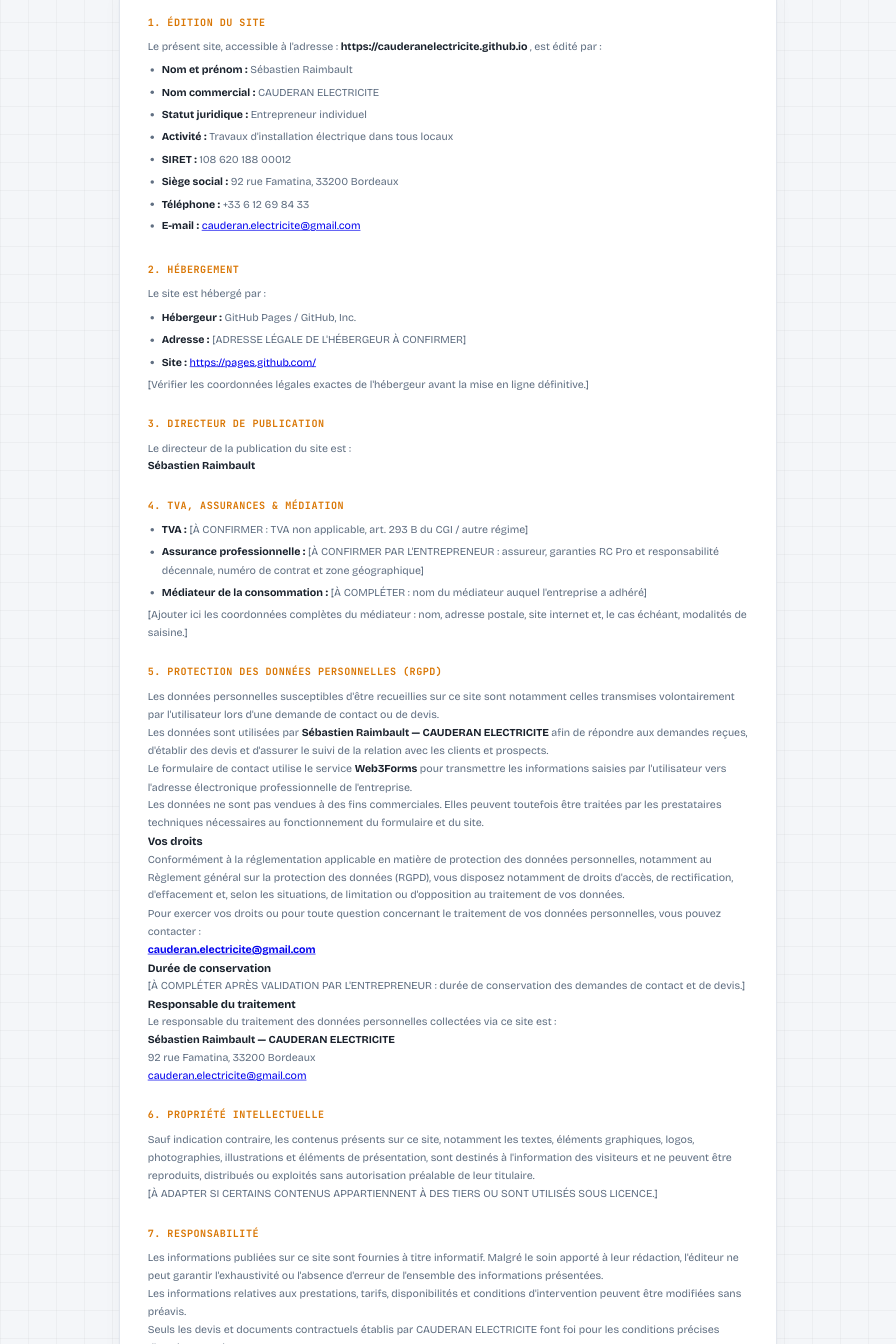
Repository: cauderanelectricite/cauderanelectricite.github.io
Page: mentions-legales.html
These files come from the project's save history. The page is drawn as it stood at one moment and after the next save; the edit follows.
The browser window is 1280 px wide. The pictures show the part of the page from y = 409 to 2329 px (the page is 2739 px tall before and 2796 px after), at 70% of full size.

Above is the page before, as saved 2026-09-29 20:40:24.

### mentions-legales.html
<!DOCTYPE html>
<html lang="fr">

<head>
    <meta charset="UTF-8">
    <meta name="viewport" content="width=device-width, initial-scale=1.0">

    <title>Mentions Légales — Caudéran Électricité</title>

    <!-- Polices Google Fonts -->
    <link rel="preconnect" href="https://fonts.googleapis.com">
    <link rel="preconnect" href="https://fonts.gstatic.com" crossorigin>

    <link
        href="https://fonts.googleapis.com/css2?family=Bricolage+Grotesque:opsz,wght@12..96,400..800&family=JetBrains+Mono:wght@400;600;700&display=swap"
        rel="stylesheet"
    >

    <!-- Feuille de style -->
    <link rel="stylesheet" href="style.css">
</head>

<body>

    <!-- Header flottant -->
    <header>
        <div class="nav-container">

            <a href="index.html" class="brand">
                <div class="led"></div>

                <div class="brand-name">
                    Caudéran Électricité
                    <small>Bordeaux Caudéran</small>
                </div>
            </a>

            <nav>
                <a href="index.html">Accueil</a>
                <a href="index.html#services">Prestations</a>
                <a href="devis.html">Devis</a>
                <a href="contact.html">Contact</a>
            </nav>

            <a href="devis.html" class="header-cta">
                ⚡ Devis gratuit
            </a>

        </div>
    </header>


    <!-- Contenu principal -->
    <main>

        <div class="section">

            <div class="page-head">

                <a href="index.html" class="back-link">
                    ← Retour à l'accueil
                </a>

                <div class="kicker">
                    Cadre juridique
                </div>

                <h1>
                    Mentions Légales & RGPD
                </h1>

                <p>
                    Informations légales relatives à l'éditeur du site,
                    à son hébergement et au traitement des données personnelles.
                </p>

            </div>


            <div class="legal-content">


                <!-- ===================================================== -->
                <!-- 1. ÉDITION DU SITE -->
                <!-- ===================================================== -->

                <div class="legal-section">

                    <h3>
                        1. Édition du site
                    </h3>

                    <p>
                        Le présent site, accessible à l'adresse :
                        <strong class="amber">
                            https://cauderanelectricite.github.io
                        </strong>,
                        est édité par :
                    </p>

                    <ul>

                        <li>
                            <strong>Nom et prénom :</strong>
                            Sébastien Raimbault
                        </li>

                        <li>
                            <strong>Nom commercial :</strong>
                            CAUDERAN ELECTRICITE
                        </li>

                        <li>
                            <strong>Statut juridique :</strong>
                            Entrepreneur individuel
                        </li>

                        <li>
                            <strong>Activité :</strong>
                            Travaux d'installation électrique dans tous locaux
                        </li>

                        <li>
                            <strong>SIRET :</strong>
                            108 620 188 00012
                        </li>

                        <li>
                            <strong>Siège social :</strong>
                            92 rue Famatina, 33200 Bordeaux
                        </li>

                        <li>
                            <strong>Téléphone :</strong>
                            +33 6 12 69 84 33
                        </li>

                        <li>
                            <strong>E-mail :</strong>
                            <a href="mailto:cauderan.electricite@gmail.com">
                                cauderan.electricite@gmail.com
                            </a>
                        </li>

                    </ul>

                </div>


                <!-- ===================================================== -->
                <!-- 2. HÉBERGEMENT -->
                <!-- ===================================================== -->

                <div class="legal-section">

                    <h3>
                        2. Hébergement
                    </h3>

                    <p>
                        Le site est hébergé par :
                    </p>

                    <ul>

                        <li>
                            <strong>Hébergeur :</strong>
                            GitHub Pages / GitHub, Inc.
                        </li>

                        <li>
                            <strong>Adresse :</strong>
                            <span class="placeholder">
                                [ADRESSE LÉGALE DE L'HÉBERGEUR À CONFIRMER]
                            </span>
                        </li>

                        <li>
                            <strong>Site :</strong>
                            <a href="https://pages.github.com/" target="_blank" rel="noopener">
                                https://pages.github.com/
                            </a>
                        </li>

                    </ul>

                    <p class="placeholder">
                        [Vérifier les coordonnées légales exactes de l'hébergeur
                        avant la mise en ligne définitive.]
                    </p>

                </div>


                <!-- ===================================================== -->
                <!-- 3. DIRECTEUR DE PUBLICATION -->
                <!-- ===================================================== -->

                <div class="legal-section">

                    <h3>
                        3. Directeur de publication
                    </h3>

                    <p>
                        Le directeur de la publication du site est :
                    </p>

                    <p>
                        <strong>
                            Sébastien Raimbault
                        </strong>
                    </p>

                </div>


                <!-- ===================================================== -->
                <!-- 4. TVA, ASSURANCE ET MÉDIATION -->
                <!-- ===================================================== -->

                <div class="legal-section">

                    <h3>
                        4. TVA, assurances & médiation
                    </h3>

                    <ul>

                        <li>
                            <strong>TVA :</strong>
                            <span class="placeholder">
                                [À CONFIRMER : TVA non applicable, art. 293 B du CGI
                                / autre régime]
                            </span>
                        </li>

                        <li>
                            <strong>Assurance professionnelle :</strong>
                            <span class="placeholder">
                                [À CONFIRMER PAR L'ENTREPRENEUR : assureur,
                                garanties RC Pro et responsabilité décennale,
                                numéro de contrat et zone géographique]
                            </span>
                        </li>

                        <li>
                            <strong>Médiateur de la consommation :</strong>
                            <span class="placeholder">
                                [À COMPLÉTER : nom du médiateur auquel
                                l'entreprise a adhéré]
                            </span>
                        </li>

                    </ul>

                    <p class="placeholder">
                        [Ajouter ici les coordonnées complètes du médiateur :
                        nom, adresse postale, site internet et, le cas échéant,
                        modalités de saisine.]
                    </p>

                </div>


                <!-- ===================================================== -->
                <!-- 5. PROTECTION DES DONNÉES -->
                <!-- ===================================================== -->

                <div class="legal-section">

                    <h3>
                        5. Protection des données personnelles (RGPD)
                    </h3>

                    <p>
                        Les données personnelles susceptibles d'être recueillies
                        sur ce site sont notamment celles transmises volontairement
                        par l'utilisateur lors d'une demande de contact ou de devis.
                    </p>

                    <p>
                        Les données sont utilisées par
                        <strong>
                            Sébastien Raimbault — CAUDERAN ELECTRICITE
                        </strong>
                        afin de répondre aux demandes reçues, d'établir des devis
                        et d'assurer le suivi de la relation avec les clients et
                        prospects.
                    </p>

                    <p>
                        Le formulaire de contact utilise le service
                        <strong>
                            Web3Forms
                        </strong>
                        pour transmettre les informations saisies par l'utilisateur
                        vers l'adresse électronique professionnelle de l'entreprise.
                    </p>

                    <p>
                        Les données ne sont pas vendues à des fins commerciales.
                        Elles peuvent toutefois être traitées par les prestataires
                        techniques nécessaires au fonctionnement du formulaire et
                        du site.
                    </p>

                    <h4>
                        Vos droits
                    </h4>

                    <p>
                        Conformément à la réglementation applicable en matière de
                        protection des données personnelles, notamment au Règlement
                        général sur la protection des données (RGPD), vous disposez
                        notamment de droits d'accès, de rectification,
                        d'effacement et, selon les situations, de limitation ou
                        d'opposition au traitement de vos données.
                    </p>

                    <p>
                        Pour exercer vos droits ou pour toute question concernant
                        le traitement de vos données personnelles, vous pouvez
                        contacter :
                    </p>

                    <p>
                        <strong class="amber">
                            <a href="mailto:cauderan.electricite@gmail.com">
                                cauderan.electricite@gmail.com
                            </a>
                        </strong>
                    </p>

                    <h4>
                        Durée de conservation
                    </h4>

                    <p class="placeholder">
                        [À COMPLÉTER APRÈS VALIDATION PAR L'ENTREPRENEUR :
                        durée de conservation des demandes de contact et de devis.]
                    </p>

                    <h4>
                        Responsable du traitement
                    </h4>

                    <p>
                        Le responsable du traitement des données personnelles
                        collectées via ce site est :
                    </p>

                    <p>
                        <strong>
                            Sébastien Raimbault — CAUDERAN ELECTRICITE
                        </strong>
                    </p>

                    <p>
                        92 rue Famatina, 33200 Bordeaux
                        <br>
                        <a href="mailto:cauderan.electricite@gmail.com">
                            cauderan.electricite@gmail.com
                        </a>
                    </p>

                </div>


                <!-- ===================================================== -->
                <!-- 6. PROPRIÉTÉ INTELLECTUELLE -->
                <!-- ===================================================== -->

                <div class="legal-section">

                    <h3>
                        6. Propriété intellectuelle
                    </h3>

                    <p>
                        Sauf indication contraire, les contenus présents sur ce
                        site, notamment les textes, éléments graphiques, logos,
                        photographies, illustrations et éléments de présentation,
                        sont destinés à l'information des visiteurs et ne peuvent
                        être reproduits, distribués ou exploités sans autorisation
                        préalable de leur titulaire.
                    </p>

                    <p class="placeholder">
                        [À ADAPTER SI CERTAINS CONTENUS APPARTIENNENT À DES TIERS
                        OU SONT UTILISÉS SOUS LICENCE.]
                    </p>

                </div>


                <!-- ===================================================== -->
                <!-- 7. RESPONSABILITÉ -->
                <!-- ===================================================== -->

                <div class="legal-section">

                    <h3>
                        7. Responsabilité
                    </h3>

                    <p>
                        Les informations publiées sur ce site sont fournies à titre
                        informatif. Malgré le soin apporté à leur rédaction,
                        l'éditeur ne peut garantir l'exhaustivité ou l'absence
                        d'erreur de l'ensemble des informations présentées.
                    </p>

                    <p>
                        Les informations relatives aux prestations, tarifs,
                        disponibilités et conditions d'intervention peuvent être
                        modifiées sans préavis.
                    </p>

                    <p>
                        Seuls les devis et documents contractuels établis par
                        CAUDERAN ELECTRICITE font foi pour les conditions précises
                        d'une intervention.
                    </p>

                </div>


                <!-- ===================================================== -->
                <!-- 8. COOKIES -->
                <!-- ===================================================== -->

                <div class="legal-section">

                    <h3>
                        8. Cookies
                    </h3>

                    <p>
                        Le site n'utilise pas de cookies publicitaires ou de
                        cookies destinés à suivre les utilisateurs à des fins
                        commerciales.
                    </p>

                    <p class="placeholder">
                        [À VÉRIFIER : compléter cette section si des services
                        externes, outils statistiques, vidéos, cartes ou autres
                        services déposant des cookies sont ajoutés au site.]
                    </p>

                </div>


            </div>
        </div>

    </main>


    <!-- Hazard Strip -->
    <div class="hazard"></div>


    <!-- Footer -->
 <footer>
  <div class="foot-inner">
    <span class="foot-copy">© <span id="year">2025</span> Caudéran Électricité — Bordeaux Caudéran. Tous droits réservés.</span>
    <nav class="foot-nav" aria-label="Liens légaux">
      <a href="mentions-legales.html">Mentions légales &amp; RGPD</a>
    </nav>
  </div>
</footer>

<script>
  document.getElementById('year').textContent = new Date().getFullYear();
</script>

</body>

</html>

Loaded but not shown: style.css (938 lines, source omitted)

After the next save:
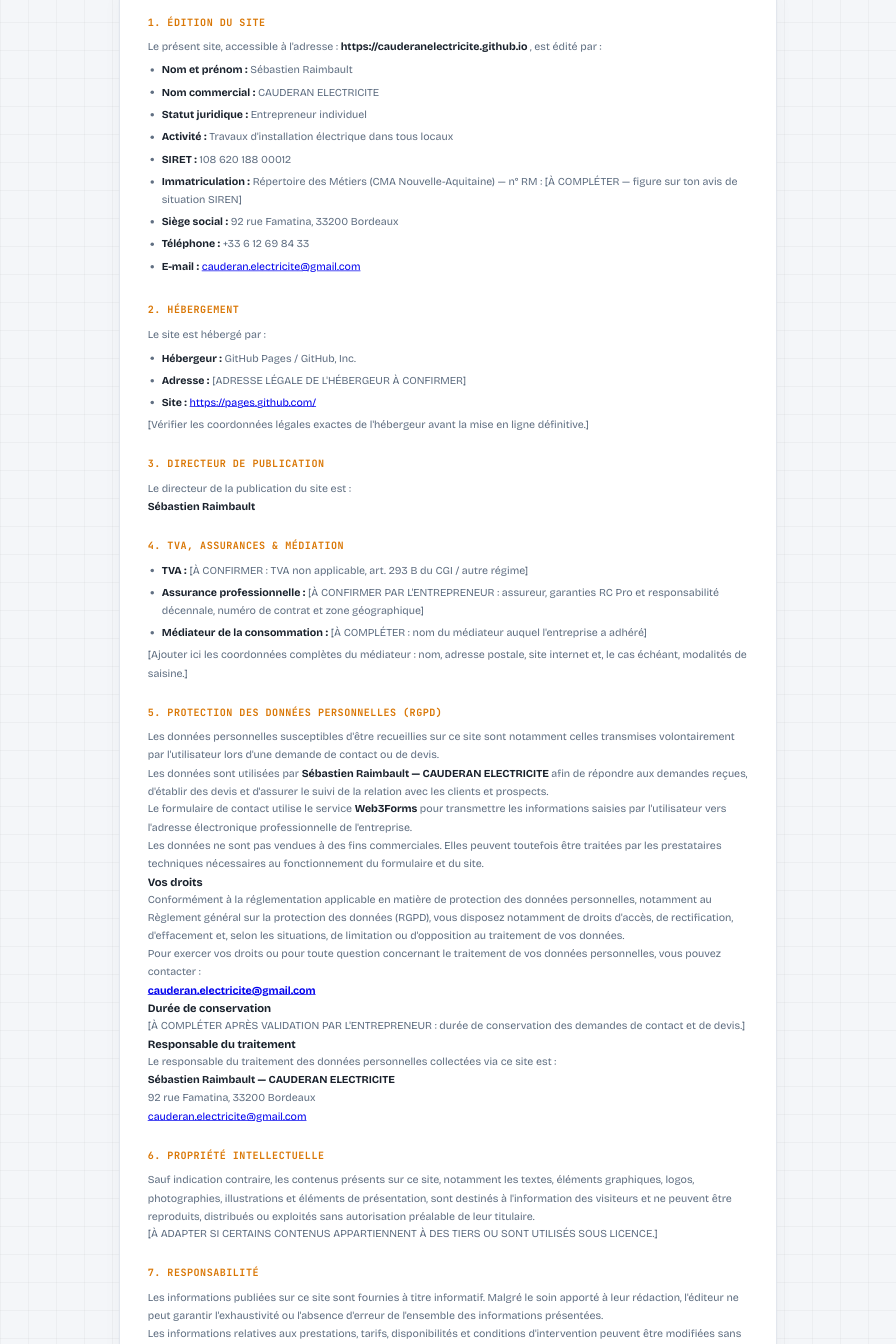
Saved 27 s later.
--- a/mentions-legales.html
+++ b/mentions-legales.html
@@ -124,6 +124,11 @@
                             <strong>SIRET :</strong>
                             108 620 188 00012
                         </li>
+                        <li>
+  <strong>Immatriculation :</strong>
+  Répertoire des Métiers (CMA Nouvelle-Aquitaine) — n° RM :
+  <span class="placeholder">[À COMPLÉTER — figure sur ton avis de situation SIREN]</span>
+</li>
 
                         <li>
                             <strong>Siège social :</strong>
